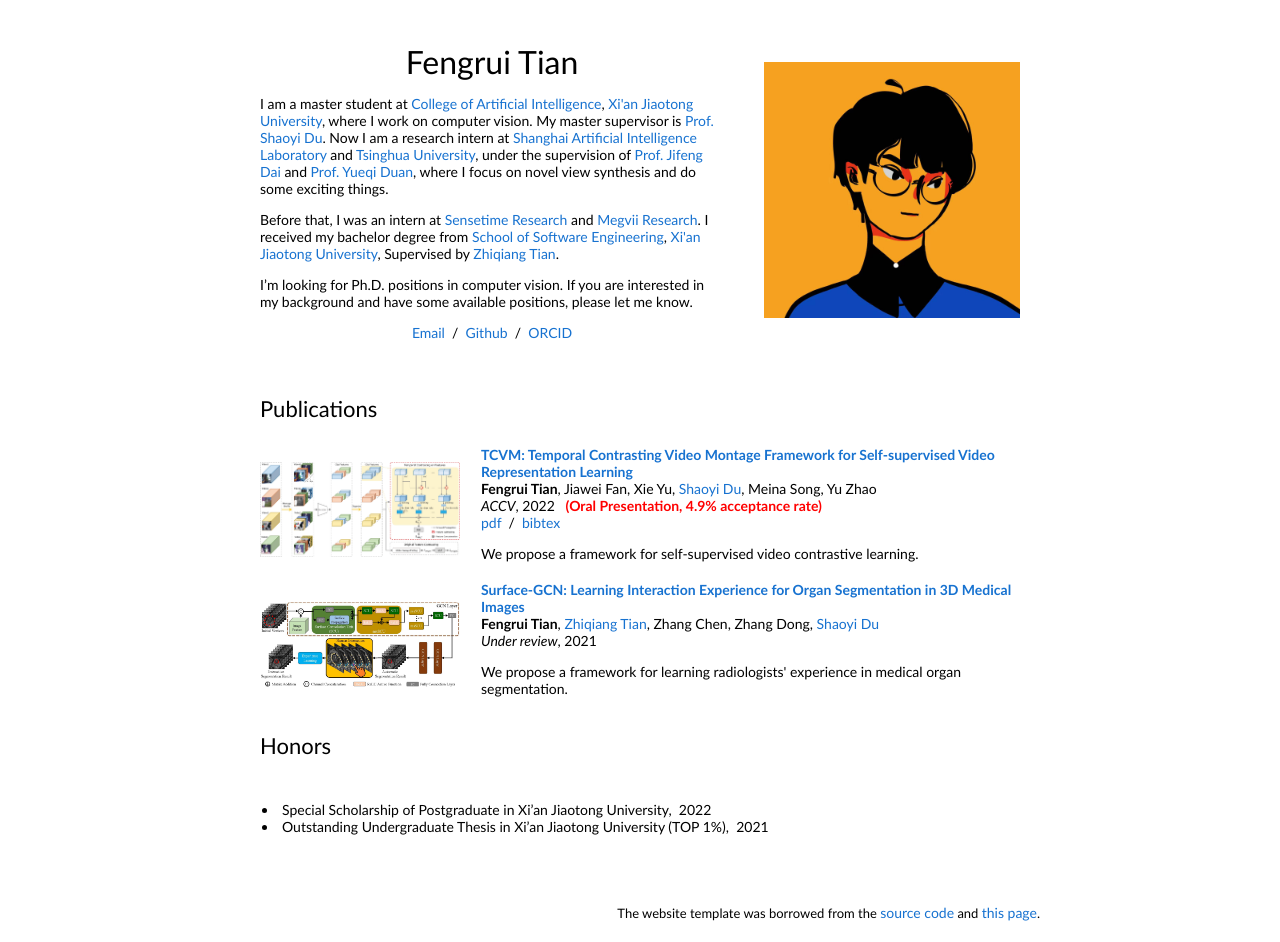
Repository: tianfr/tianfr.github.io
Page: index.html
The author's editor kept a copy of each file at every save. The page is drawn from the files as they stood at one save, then again after the next save.
The browser window is 1280 px wide. The pictures show the whole page.

Above is the page before, as saved 2022-11-20 16:11:44.

### index.html
<!DOCTYPE HTML>
<html lang="en"><head><meta http-equiv="Content-Type" content="text/html; charset=UTF-8">

  <title>Fengrui Tian </title>

  <meta name="author" content="Fengrui Tian">
  <meta name="viewport" content="width=device-width, initial-scale=1">

  <link rel="stylesheet" type="text/css" href="stylesheet.css">
	<link rel="icon" href="data:[embedded picture, 141 characters]">
</head>

<body>
  <table style="width:100%;max-width:800px;border:0px;border-spacing:0px;border-collapse:separate;margin-right:auto;margin-left:auto;"><tbody>
    <tr style="padding:0px">
      <td style="padding:0px">
        <table style="width:100%;border:0px;border-spacing:0px;border-collapse:separate;margin-right:auto;margin-left:auto;"><tbody>
          <tr style="padding:0px">
            <td style="padding:2.5%;width:63%;vertical-align:middle">
              <p style="text-align:center">
                <name>Fengrui Tian</name>
              </p>
              <p>I am a master student at <a href="http://iair.xjtu.edu.cn/">College of Artificial Intelligence</a>, <a href="http://www.xjtu.edu.cn/">Xi'an Jiaotong University</a>, where I work on computer vision. My master supervisor is <a href="https://gr.xjtu.edu.cn/en/web/dushaoyi/home">Prof. Shaoyi Du</a>. Now I am a research intern at <a href="https://www.shlab.org.cn/">Shanghai Artificial Intelligence Laboratory</a> and <a href="https://www.tsinghua.edu.cn/">Tsinghua University</a>, under the supervision of <a href="https://jifengdai.org/">Prof. Jifeng Dai</a> and  <a href="https://duanyueqi.github.io/">Prof. Yueqi Duan</a>, where I focus on novel view synthesis and do some exciting things.
              </p>
              <p> Before that, I was an intern at <a href="https://www.sensetime.com/">Sensetime Research</a> and
                <a href="https://www.megvii.com/">Megvii Research</a>. I received my bachelor degree from  <a href="https://blog.google/products/google-ar-vr/introducing-next-generation-jump/">School of Software Engineering</a>, <a href="http://www.xjtu.edu.cn/">Xi'an Jiaotong University</a>, Supervised by <a href="https://gr.xjtu.edu.cn/en/web/zhiqiangtian/home">Zhiqiang Tian</a>.
              </p>
              <p>  I’m looking for Ph.D. positions in computer vision. If you are interested in my background and have some available positions, please let me know.
              </p>
              <p style="text-align:center">
                <a href="mailto:tianfr@stu.xjtu.edu.cn">Email</a> &nbsp/&nbsp
                <!-- <a href="data/JonBarron-CV.pdf">CV</a> &nbsp/&nbsp -->
                <!-- <a href="data/JonBarron-bio.txt">Bio</a> &nbsp/&nbsp -->
                <!-- <a href="https://scholar.google.com/citations?hl=en&user=jktWnL8AAAAJ">Google Scholar</a> &nbsp/&nbsp -->
                <!-- <a href="https://twitter.com/jon_barron">Twitter</a> &nbsp/&nbsp -->
                <a href="https://github.com/tianfr/">Github</a> &nbsp/&nbsp
                <a href="https://orcid.org/0000-0002-9577-5276">ORCID</a>
              </p>
            </td>
            <td style="padding:2.5%;width:40%;max-width:40%">
              <a href="images/Fengrui_Tian_avatar.jpg"><img style="width:100%;max-width:100%" alt="profile photo" src="images/Fengrui_Tian_avatar.jpg" class="hoverZoomLink"></a>
            </td>
          </tr>
        <!-- </tbody></table>
        <table style="width:100%;border:0px;border-spacing:0px;border-collapse:separate;margin-right:auto;margin-left:auto;"><tbody>
            <tr>
            <td style="padding:20px;width:100%;vertical-align:middle">
              <heading>Research</heading>
              <p>
                I'm interested in computer vision, machine learning, optimization, and image processing. Much of my research is about inferring the physical world (shape, motion, color, light, etc) from images. Representative papers are <span class="highlight">highlighted</span>.
              </p>
            </td>
          </tr>
        </tbody></table> -->
        <table width="100%" align="center" border="0" cellspacing="0" cellpadding="20"><tbody>
          <tr>
            <td>
              <heading>Publications</heading>
            </td>
          </tr>
        </tbody></table>
        <table style="width:100%;border:0px;border-spacing:0px;border-collapse:separate;margin-right:auto;margin-left:auto;"><tbody>

          <tr onmouseout="dreamfusion_stop()" onmouseover="dreamfusion_start()">
            <td style="padding:20px;width:25%;vertical-align:middle">
              <img src="images/tcvm_overview.jpg" alt="prl" width="200" height="95">
            </td>
            <!-- <td style="padding:20px;width:25%;vertical-align:middle">
              <div class="one">
                <div class="two" id='dreamfusion_image'><video  width=100% height=100% muted autoplay loop>
                <source src="images/dreamfusion.mp4" type="video/mp4">
                Your browser does not support the video tag.
                </video></div>
                <img src='images/tcvm_overview.jpg' width="160">
              </div>
              <script type="text/javascript">
                function dreamfusion_start() {
                  document.getElementById('dreamfusion_image').style.opacity = "1";
                }

                function dreamfusion_stop() {
                  document.getElementById('dreamfusion_image').style.opacity = "0";
                }
                dreamfusion_stop()
              </script>
            </td> -->
            <!-- <td style="padding:20px;width:75%;vertical-align:middle"> -->
            <td width="75%" valign="middle">
              <a href="paper/22accv_tcvm.pdf">
                <papertitle>TCVM: Temporal Contrasting Video Montage Framework for Self-supervised Video Representation Learning</papertitle>
              </a>
              <br>
              <strong>Fengrui Tian</strong>,
              Jiawei Fan,
              Xie Yu,
              <a href="https://gr.xjtu.edu.cn/en/web/dushaoyi/home">Shaoyi Du</a>,
              Meina Song,
              Yu Zhao
              <br>
              <em>ACCV</em>, 2022 &nbsp <font color="red"><strong>(Oral Presentation, 4.9% acceptance rate)</strong></font>
              <br>
              <a href="paper/22accv_tcvm.pdf">pdf</a>  &nbsp/&nbsp
              <a href="data/accv22TCVM.bib">bibtex</a>
              <p></p>
              <p>
              We propose a framework for self-supervised video contrastive learning.
              </p>
            </td>
          </tr>


          <tr>
            <td style="padding:20px;width:25%;vertical-align:middle">
              <img src="images/surfacegcn.jpg" alt="prl" width="200" height="85">
            </td>
            <td width="75%" valign="middle">
              <a href="">
                <papertitle>Surface-GCN: Learning Interaction Experience for Organ Segmentation in 3D Medical Images</papertitle>
              </a>
              <br>
              <strong>Fengrui Tian</strong>,
              <a href="https://gr.xjtu.edu.cn/en/web/zhiqiangtian/home">Zhiqiang Tian</a>,
              Zhang Chen,
              Zhang Dong,
              <a href="https://gr.xjtu.edu.cn/en/web/dushaoyi/home">Shaoyi Du</a>
              <br>
              <em>Under review</em>, 2021
              <br>
              <!-- <a href="data/BarronPRL2009.bib">bibtex</a> -->
              <p>We propose a framework for learning radiologists' experience in medical organ segmentation.</p>
            </td>
          </tr>

        </tbody></table>


        <table width="100%" align="center" border="0" cellspacing="0" cellpadding="20"><tbody>
          <tr>
            <td>
              <heading>Honors</heading>
            </td>
          </tr>
        </tbody></table>
        <table width="100%" align="center" border="0" cellpadding="20"><tbody>
          <tr>
            <td style="padding:20px;width:100%;vertical-align:middle">
              <li>Special Scholarship of Postgraduate in Xi’an Jiaotong University,&nbsp; 2022 </li>
              <li>Outstanding Undergraduate Thesis in Xi’an Jiaotong University (TOP 1%),&nbsp; 2021 </li> <br>
          </td>

          </tr>


        </tbody></table>
        <table style="width:100%;border:0px;border-spacing:0px;border-collapse:separate;margin-right:auto;margin-left:auto;"><tbody>
          <tr>
            <td style="padding:0px">
              <br>
              <p style="text-align:right;font-size:small;">
                The website template was borrowed from the <a href="https://github.com/jonbarron/website">source code</a> and <a href="https://jonbarron.info/"> this page</a>.
              </p>
            </td>
          </tr>
        </tbody></table>
      </td>
    </tr>
  </table>
</body>

</html>

### stylesheet.css
/* latin-ext */
@font-face {
  font-family: 'Lato';
  font-style: italic;
  font-weight: 400;
  src: local('Lato Italic'), local('Lato-Italic'), url(https://fonts.gstatic.com/s/lato/v15/S6u8w4BMUTPHjxsAUi-qNiXg7eU0.woff2) format('woff2');
  unicode-range: U+0100-024F, U+0259, U+1E00-1EFF, U+2020, U+20A0-20AB, U+20AD-20CF, U+2113, U+2C60-2C7F, U+A720-A7FF;
}
/* latin */
@font-face {
  font-family: 'Lato';
  font-style: italic;
  font-weight: 400;
  src: local('Lato Italic'), local('Lato-Italic'), url(https://fonts.gstatic.com/s/lato/v15/S6u8w4BMUTPHjxsAXC-qNiXg7Q.woff2) format('woff2');
  unicode-range: U+0000-00FF, U+0131, U+0152-0153, U+02BB-02BC, U+02C6, U+02DA, U+02DC, U+2000-206F, U+2074, U+20AC, U+2122, U+2191, U+2193, U+2212, U+2215, U+FEFF, U+FFFD;
}
/* latin-ext */
@font-face {
  font-family: 'Lato';
  font-style: italic;
  font-weight: 700;
  src: local('Lato Bold Italic'), local('Lato-BoldItalic'), url(https://fonts.gstatic.com/s/lato/v15/S6u_w4BMUTPHjxsI5wq_FQftx9897sxZ.woff2) format('woff2');
  unicode-range: U+0100-024F, U+0259, U+1E00-1EFF, U+2020, U+20A0-20AB, U+20AD-20CF, U+2113, U+2C60-2C7F, U+A720-A7FF;
}
/* latin */
@font-face {
  font-family: 'Lato';
  font-style: italic;
  font-weight: 700;
  src: local('Lato Bold Italic'), local('Lato-BoldItalic'), url(https://fonts.gstatic.com/s/lato/v15/S6u_w4BMUTPHjxsI5wq_Gwftx9897g.woff2) format('woff2');
  unicode-range: U+0000-00FF, U+0131, U+0152-0153, U+02BB-02BC, U+02C6, U+02DA, U+02DC, U+2000-206F, U+2074, U+20AC, U+2122, U+2191, U+2193, U+2212, U+2215, U+FEFF, U+FFFD;
}
/* latin-ext */
@font-face {
  font-family: 'Lato';
  font-style: normal;
  font-weight: 400;
  src: local('Lato Regular'), local('Lato-Regular'), url(https://fonts.gstatic.com/s/lato/v15/S6uyw4BMUTPHjxAwXiWtFCfQ7A.woff2) format('woff2');
  unicode-range: U+0100-024F, U+0259, U+1E00-1EFF, U+2020, U+20A0-20AB, U+20AD-20CF, U+2113, U+2C60-2C7F, U+A720-A7FF;
}
/* latin */
@font-face {
  font-family: 'Lato';
  font-style: normal;
  font-weight: 400;
  src: local('Lato Regular'), local('Lato-Regular'), url(https://fonts.gstatic.com/s/lato/v15/S6uyw4BMUTPHjx4wXiWtFCc.woff2) format('woff2');
  unicode-range: U+0000-00FF, U+0131, U+0152-0153, U+02BB-02BC, U+02C6, U+02DA, U+02DC, U+2000-206F, U+2074, U+20AC, U+2122, U+2191, U+2193, U+2212, U+2215, U+FEFF, U+FFFD;
}
/* latin-ext */
@font-face {
  font-family: 'Lato';
  font-style: normal;
  font-weight: 700;
  src: local('Lato Bold'), local('Lato-Bold'), url(https://fonts.gstatic.com/s/lato/v15/S6u9w4BMUTPHh6UVSwaPGQ3q5d0N7w.woff2) format('woff2');
  unicode-range: U+0100-024F, U+0259, U+1E00-1EFF, U+2020, U+20A0-20AB, U+20AD-20CF, U+2113, U+2C60-2C7F, U+A720-A7FF;
}
/* latin */
@font-face {
  font-family: 'Lato';
  font-style: normal;
  font-weight: 700;
  src: local('Lato Bold'), local('Lato-Bold'), url(https://fonts.gstatic.com/s/lato/v15/S6u9w4BMUTPHh6UVSwiPGQ3q5d0.woff2) format('woff2');
  unicode-range: U+0000-00FF, U+0131, U+0152-0153, U+02BB-02BC, U+02C6, U+02DA, U+02DC, U+2000-206F, U+2074, U+20AC, U+2122, U+2191, U+2193, U+2212, U+2215, U+FEFF, U+FFFD;
}

a {
  color: #1772d0;
  text-decoration: none;
}

a:focus,
a:hover {
  color: #f09228;
  text-decoration: none;
}

body,
td,
th,
tr,
p,
a {
  font-family: 'Lato', Verdana, Helvetica, sans-serif;
  font-size: 14px
}

strong {
  font-family: 'Lato', Verdana, Helvetica, sans-serif;
  font-size: 14px;
}

heading {
  font-family: 'Lato', Verdana, Helvetica, sans-serif;
  font-size: 22px;
}

papertitle {
  font-family: 'Lato', Verdana, Helvetica, sans-serif;
  font-size: 14px;
  font-weight: 700
}

name {
  font-family: 'Lato', Verdana, Helvetica, sans-serif;
  font-size: 32px;
}

.one {
  width: 160px;
  height: 160px;
  position: relative;
}

.two {
  width: 160px;
  height: 160px;
  position: absolute;
  transition: opacity .2s ease-in-out;
  -moz-transition: opacity .2s ease-in-out;
  -webkit-transition: opacity .2s ease-in-out;
}

.fade {
  transition: opacity .2s ease-in-out;
  -moz-transition: opacity .2s ease-in-out;
  -webkit-transition: opacity .2s ease-in-out;
}

span.highlight {
  background-color: #ffffd0;
}

After the next save:
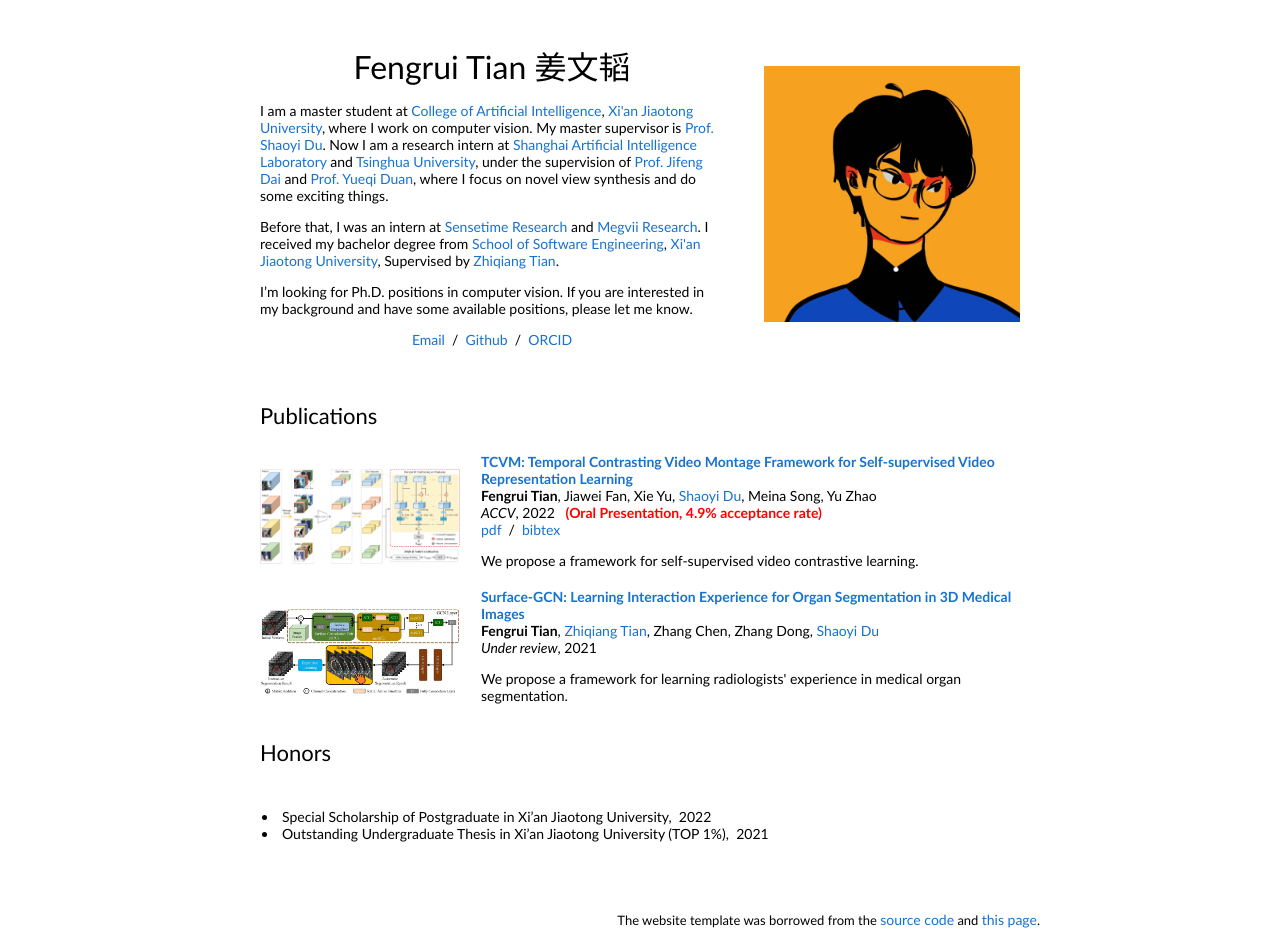
Saved 22 s later.
--- a/index.html
+++ b/index.html
@@ -18,7 +18,7 @@
           <tr style="padding:0px">
             <td style="padding:2.5%;width:63%;vertical-align:middle">
               <p style="text-align:center">
-                <name>Fengrui Tian</name>
+                <name>Fengrui Tian <font face="KaiTi" size="6">姜文韬</font></name>
               </p>
               <p>I am a master student at <a href="http://iair.xjtu.edu.cn/">College of Artificial Intelligence</a>, <a href="http://www.xjtu.edu.cn/">Xi'an Jiaotong University</a>, where I work on computer vision. My master supervisor is <a href="https://gr.xjtu.edu.cn/en/web/dushaoyi/home">Prof. Shaoyi Du</a>. Now I am a research intern at <a href="https://www.shlab.org.cn/">Shanghai Artificial Intelligence Laboratory</a> and <a href="https://www.tsinghua.edu.cn/">Tsinghua University</a>, under the supervision of <a href="https://jifengdai.org/">Prof. Jifeng Dai</a> and  <a href="https://duanyueqi.github.io/">Prof. Yueqi Duan</a>, where I focus on novel view synthesis and do some exciting things.
               </p>
